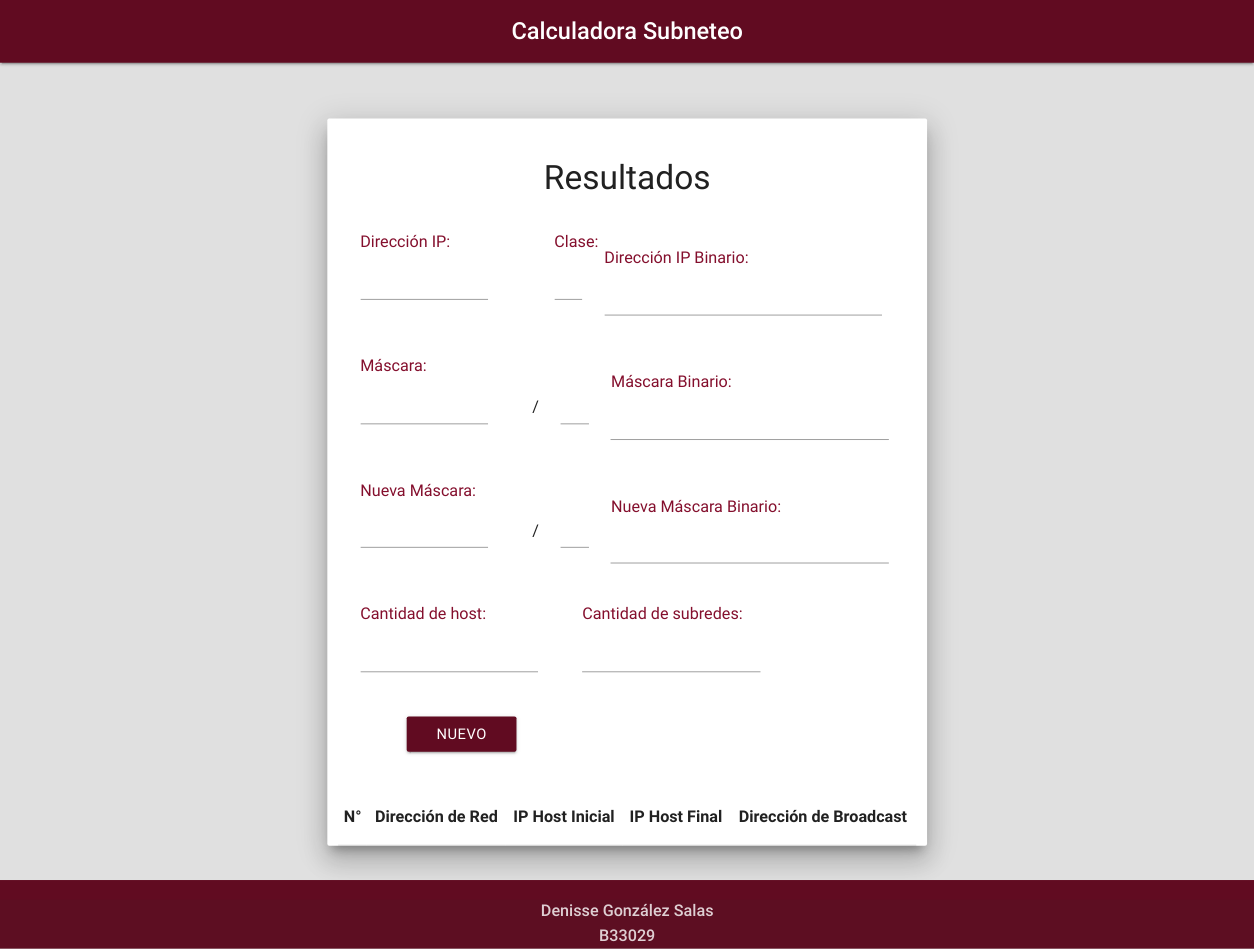
Repository: DenisseGS/Subnet-Calc
Page: resources/views/Resultado.blade.php
The author's editor kept a record of every edit. The page is drawn from the files as they stood at one moment, then again after the next edit.
The browser window is 1280 px wide. The pictures show the whole page, at 98% of full size.
Some web libraries are served in a nearby version. The page is served by the project's Laravel application, run on PHP 8.4 with Laravel 8. Other server files are loaded and not shown. The template is opened directly, without the code that normally fills it, so the values that code supplies are empty.

Above is the page before.

### routes/web.php
<?php

/*
|--------------------------------------------------------------------------
| Web Routes
|--------------------------------------------------------------------------
|
| Here is where you can register web routes for your application. These
| routes are loaded by the RouteServiceProvider within a group which
| contains the "web" middleware group. Now create something great!
|
*/

Route::get('/', 'CalculadoraController@home');

Auth::routes();

Route::get('/home', 'HomeController@index');

Auth::routes();

Route::get('/home', 'HomeController@index');

Auth::routes();

Route::get('/home', 'HomeController@index');


Route::get('/calcular', 'CalculadoraController@principal');

### resources/views/Resultado.blade.php
@extends('layouts.app')

@section('content')
<div class="container">
    <div class="row">
        <br><br>
        <div class="col s12 m4 l2"></div>
        <div class=" col s12 m4 l8 card-panel z-depth-5">

            <div class="row">
              <div class="col s12 m4 l4"></div>
              <br><h4 class="center-align">Resultados</h4>
              <div class="col s12 m4 l4"></div>
            </div>

            <div class="row">
                <form class="col s12" method="GET">
                  {{ csrf_field() }}
                   <div class="row">
                        <div class="input-field col"></div>

                        <div class="col s3">
                            <label for="direccionIP">Dirección IP: </label>
                          <input id="direccionIP" name="direccionIP" type="text" value="{{ $direccionesIP }}" readonly>
                        </div>

                        <div class="input-field col"></div><div class="input-field col"></div>

                        <div class="col s1">
                          <label for="mascaraIPBinario">Clase: </label>
                          <input id="clase" name="clase" type="text" value="{{ $clase }}" readonly=”readonly” style="text-align:center;">
                        </div>

                        <div class="input-field col"></div><div class="input-field col"></div>

                        <div class="col s6">
                          <label for="direccionIP">Dirección IP Binario: </label>
                          <input id="direccionIPBinario" name="direccionIPBinario" type="text" value="{{ $DireccionIPBinario }}" readonly=”readonly”>
                        </div>

                   </div>

                  <div class="row">

                        <div class="input-field col"></div>

                        <div class="col s3">
                          <label for="mascaraIP">Máscara: </label>
                          <input id="mascaraIP" name="mascaraIP" type="text" value="{{ $mascaraIP }}" readonly=”readonly”>
                        </div>

                        <div class="input-field col"></div>

                        <div class="col">
                          <br>
                          <p>/</p>
                        </div>

                        <div class="col s1">
                          <br>
                          <input id="mascaraXX" name="mascaraXX" type="text" value="{{ $mascaraXX }}" readonly=”readonly” style="text-align:center;">
                        </div>

                        <div class="input-field col"></div><div class="input-field col"></div>

                        <div class="col s6">
                          <label for="mascaraIPBinario">Máscara Binario: </label>
                          <input id="mascaraIPBinario" name="mascaraIPBinario" type="text" value="{{ $mascaraBinario }}" readonly=”readonly”>
                        </div>
                  </div>

                  <div class="row">

                        <div class="input-field col"></div>

                        <div class="col s3">
                          <label for="mascaraIP">Nueva Máscara: </label>
                          <input id="mascaraIP" name="mascaraIP" type="text" value="{{ $nuevaMascara }}" readonly=”readonly”>
                        </div>

                        <div class="input-field col"></div>

                        <div class="col">
                          <br>
                          <p>/</p>
                        </div>

                        <div class="col s1">
                          <br>
                          <input id="mascaraXX" name="mascaraXX" type="text" value="{{ $nuevaMascaraXX }}" readonly=”readonly” style="text-align:center;">
                        </div>

                        <div class="input-field col"></div><div class="input-field col"></div>

                        <div class="col s6">
                          <label for="mascaraIPBinario">Nueva Máscara Binario: </label>
                          <input id="mascaraIPBinario" name="mascaraIPBinario" type="text" value="{{ $nuevaMascaraBinario }}" readonly=”readonly”>
                        </div>
                  </div>

                  <div class="row">

                        <div class="input-field col"></div>

                        <div class="col s4">
                          <label for="host">Cantidad de host: </label>
                          <input id="host" name="host" type="text" value="{{ $hosts }}" readonly=”readonly”>
                        </div>

                        <div class="input-field col"></div>

                         <div class="col s4">
                          <label for="subred">Cantidad de subredes: </label>
                          <input id="subred" name="subred" type="text" value="{{ $subredes }}" readonly=”readonly”>
                        </div>



                        <div class="col s4">
                            <br>
                          <button class="btn waves-effect waves-light btn right"><a style="color:#FFFFFF;" href="{{ url('/index') }}">Nuevo</a></button>
                        </div>

                  </div>
                </form>
            </div>

            <table id='tablaResultados' class="bordered centered">
                <thead>
                    <tr>
                        <th>N°</th>
                        <th>Dirección de Red</th>
                        <th>IP Host Inicial</th>
                        <th>IP Host Final</th>
                        <th>Dirección de Broadcast</th>
                    </tr>
                </thead>

                @foreach($rangos as $rango)
                <tbody>

                    <td>{{$rango->IDRango - 1}}</td>
                    <td>{{$rango->DireccionRed}}</td>
                    <td>{{$rango->HostInicial}}</td>
                    <td>{{$rango->HostFinal}}</td>
                    <td>{{$rango->Broadcast}}</td>

                </tbody>
                @endforeach
            </table>

        </div>
    </div>
</div>
@endsection

### resources/views/layouts/app.blade.php
<!DOCTYPE html>
<html lang="{{ config('app.locale') }}">
<head>
    <meta charset="utf-8">
    <meta http-equiv="X-UA-Compatible" content="IE=edge">
    <meta name="viewport" content="width=device-width, initial-scale=1">

    <!-- CSRF Token -->
    <meta name="csrf-token" content="{{ csrf_token() }}">

    <title>{{ config('app.name', 'Calculadora_CIDR') }}</title>

    <!-- Styles
    <link href="{{ asset('css/app.css') }}" rel="stylesheet"> -->
    <link type="text/css" rel="stylesheet" href="style/css/materialize.min.css"  media="screen,projection"/>
    <link type="text/css" rel="stylesheet" href="style/css/master.css"/>

    <!-- Scripts -->
    <script>
        window.Laravel = {!! json_encode([
            'csrfToken' => csrf_token(),
        ]) !!};
    </script>

    <style>

         #body {
            display: flex;
            min-height: 100vh;
            flex-direction: column;
            background-color: #e0e0e0;
            font-size: 110%;
         }

         #main {
            flex: 1 0 auto;
         }

        #footer, #nav, .btn {
            background-color: #610B21;
        }

        #tamanoFooter { height: 50px; }

        .btn:hover {
            background-color: #840f2d;
        }

        .dropdown-content li > a, .dropdown-content li > span {
            color: #840f2d;
        }

        [type="checkbox"]:checked + label:before {
            border-right: 2px solid #840f2d;
            border-bottom: 2px solid #840f2d;
        }

        input[type=text]:focus:not([readonly]) + label {
          color: #840f2d;
          font-size: 100%;
        }

        input[type=checkbox]:focus:not([readonly]) + label {
          color: #840f2d;
          font-size: 95%;
        }

        form label{font-size: 100%; color: #840f2d;}

        input[type=text]:focus:not([readonly]) {
          border-bottom: 1px solid #840f2d;
          box-shadow: 0 1px 0 0 #840f2d;
        }

    </style>

</head>

<body id="body">
        <header>
            <nav id="nav">
                <div class="nav-wrapper">
                    <div class="container center">
                        <font size=5><strong>Calculadora Subneteo</strong></font>
                    </div>
                </div>
            </nav>
        </header>

        <main id="main">
          <div class= "content">
            @yield('content')
          </div>
        </main>

        <footer id="footer" class="page-footer">
          <div id="tamanoFooter" class="footer-copyright">
            <div class="container center">
                <div class="col l6 s12">
                    <strong>Denisse González Salas</strong>
                    <br>
                    <strong>B33029</strong>
              </div>
            </div>
          </div>
        </footer>

    <!-- Scripts -->
    <script src="{{ asset('js/app.js') }}"></script>
    <script type="text/javascript" src="https://code.jquery.com/jquery-2.1.1.min.js"></script>
    <script type="text/javascript" src="https://cdnjs.cloudflare.com/ajax/libs/jquery-validate/1.16.0/jquery.validate.min.js"></script>
    <script type="text/javascript" src="style/js/materialize.min.js"></script>

</html>

### public/style/css/master.css
  #body {
    display: flex;
    min-height: 100vh;
    flex-direction: column;
    background-color: #e0e0e0;
  }

  #main {
    flex: 1 0 auto;
  }

Loaded but not shown: public/style/css/materialize.min.css (library); public/js/app.js (library); public/style/js/materialize.min.js (library)

After the next edit:
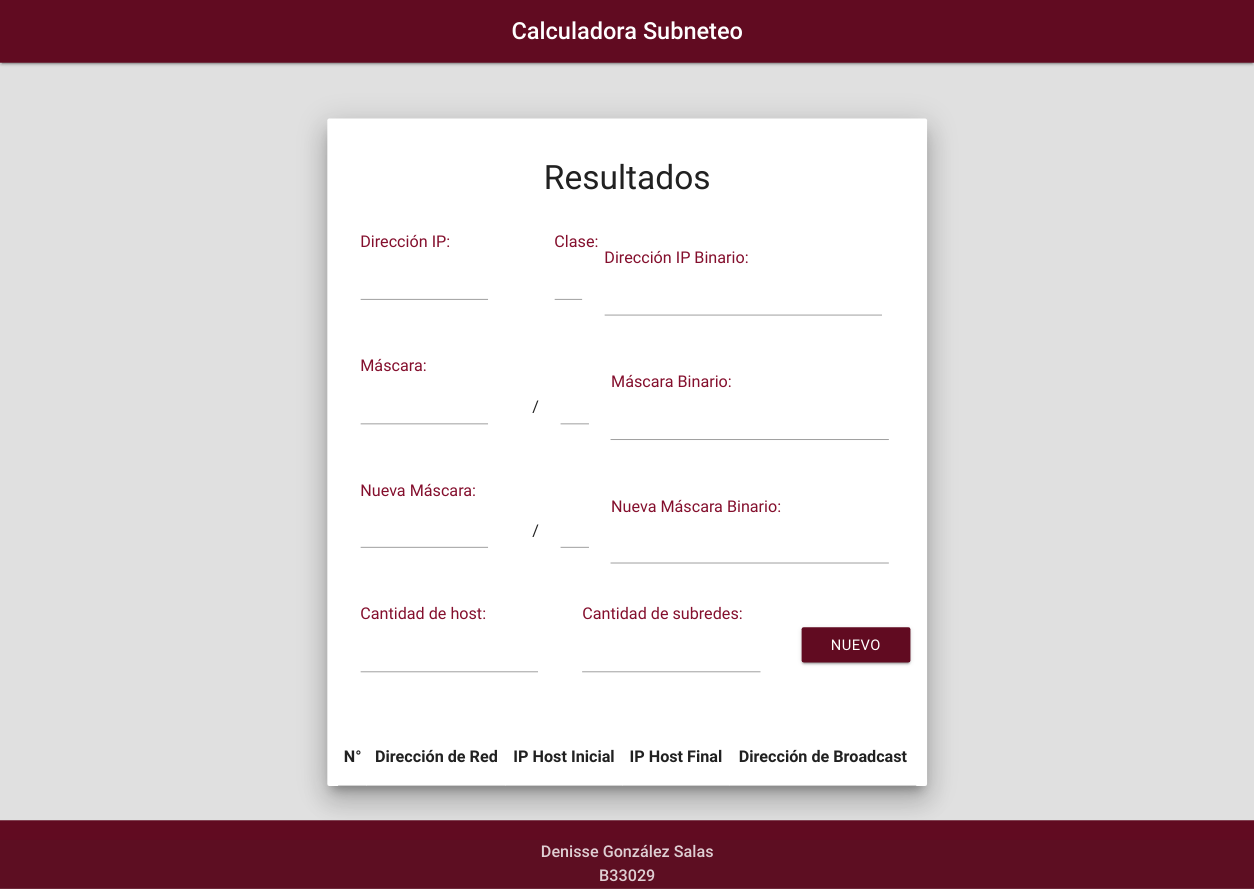
The edit:
--- a/resources/views/Resultado.blade.php
+++ b/resources/views/Resultado.blade.php
@@ -116,7 +116,7 @@
 
 
 
-                        <div class="col s4">
+                        <div class="col s3">
                             <br>
                           <button class="btn waves-effect waves-light btn right"><a style="color:#FFFFFF;" href="{{ url('/index') }}">Nuevo</a></button>
                         </div>
